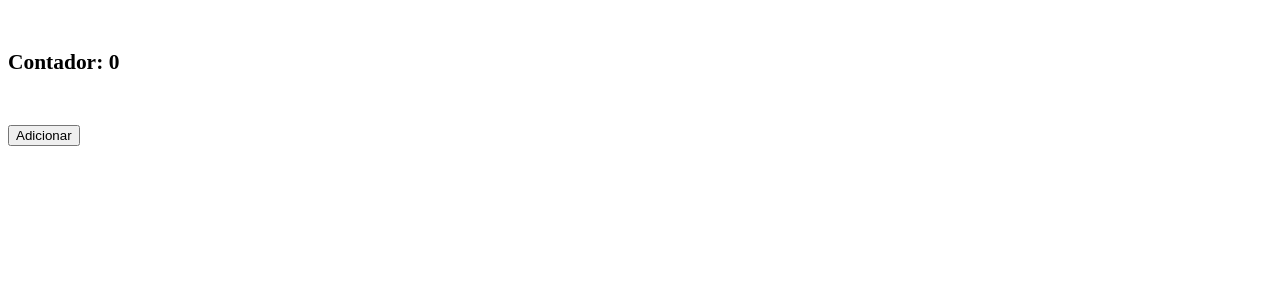
Repository: s7Thiago/semana-omnistack-11.0
Page: / (app in front-end/)
These files come from the project's save history. The page is drawn as it stood at one moment and after the next save; the edit follows.
The browser window is 1280 px wide. The pictures show the whole page.
The project was rebuilt for these pictures with package versions that can differ from the ones it lists, and the page was loaded fresh each time. Also part of the build but not shown: front-end/src/pages/Logon/styles.css.

Above is the page before, as saved 2020-03-26 19:15:18.

### front-end/src/App.js
import React, { useState } from 'react';
import Header from './Header';

function App() {
  let [counter, setCounter] = useState(0);

  function increment() {
    setCounter(counter + 1);
    console.log(counter);
  }

  return (
    <div>
      <Header>Contador: {counter}</Header>
      <button onClick={increment}>Adicionar</button>
    </div>

  );
}

export default App;

### front-end/src/Header.js
import React from 'react';

export default function Header({ children, title }) {
    return (
        <header>
            <h1>
                <h1>{title}</h1>
                <h6>{children}</h6>
            </h1>
        </header>
    )
}

### front-end/src/pages/Logon/index.js
import React from 'react';

import './styles.css'

export default function Logon() {
    return (
        <h1>Hello Logon Page</h1>
    );
}

Loaded but not shown: front-end/src/index.js (common file)

After the next save:
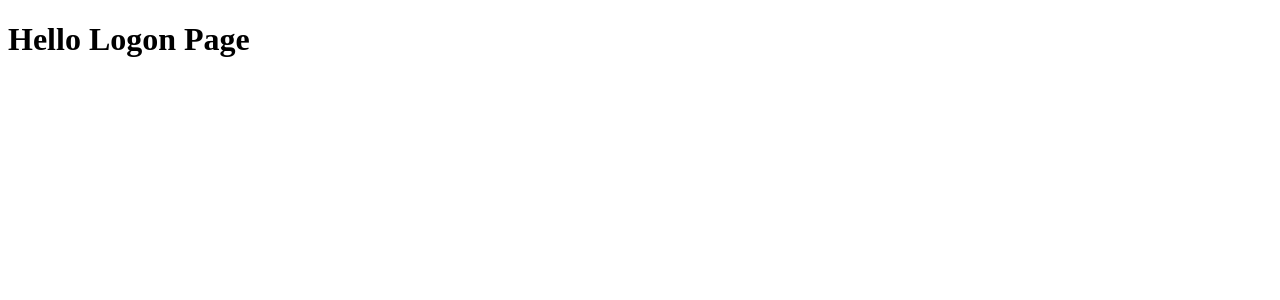
Saved 2 min 56 s later.
--- a/front-end/src/App.js
+++ b/front-end/src/App.js
@@ -1,20 +1,11 @@
-import React, { useState } from 'react';
-import Header from './Header';
+import React from 'react';
+
+import Logon from './pages/Logon';
 
 function App() {
-  let [counter, setCounter] = useState(0);
-
-  function increment() {
-    setCounter(counter + 1);
-    console.log(counter);
-  }
 
   return (
-    <div>
-      <Header>Contador: {counter}</Header>
-      <button onClick={increment}>Adicionar</button>
-    </div>
-
+    <Logon />
   );
 }
 
